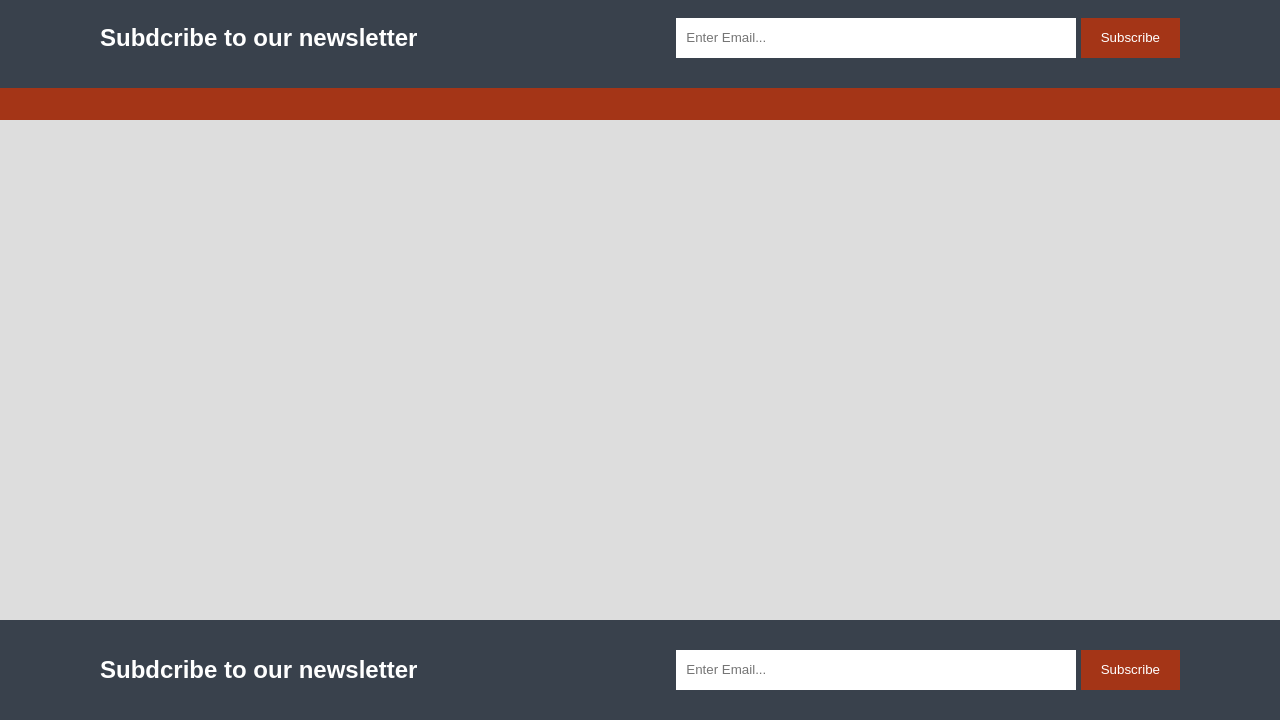
Repository: pawelczubak/Ideas
Page: service.html
These files come from the project's save history. The page is drawn as it stood at one moment and after the next save; the edit follows.
The browser window is 1280 px wide. The pictures show the whole page.
Some web libraries are served in a nearby version.

Above is the page before, as saved 2020-04-26 17:15:06.

### service.html
<!DOCTYPE html>
<html lang="en">

<head>
    <meta charset="UTF-8">
    <meta name="viewport" content="width=device-width, initial-scale=1.0">
    <link href="https://fonts.googleapis.com/css2?family=Josefin+Sans&display=swap" rel="stylesheet">
    <script src="https://kit.fontawesome.com/f64caa1a2c.js" crossorigin="anonymous"></script>
    <link rel="stylesheet" href="main.css">
    <title>Service</title>
</head>

<body>
    <nav class="nav">
        <div class="nav__container">
            <h1 class="nav__logo">
                <spam class="nav__logo-color">Acme</spam> Web Deisgn
            </h1>
            <ul class="nav__list">
                <li class="nav__item"><a href="index.html" class="nav__link nav__link--active">Home</a></li>
                <li class="nav__item"><a href="#" class="nav__link">About</a></li>
                <li class="nav__item"><a href="#" class="nav__link">Services</a></li>
            </ul>
        </div>
        <section class="subscribe-bar">
            <div class="subscribe-bar__container">
                <h2 class="subscribe-bar__description">Subdcribe to our newsletter</h2>
                <form action="GET" class="subscribe-bar__form">
                    <input placeholder="Enter Email..." type="email" name="email" required class="subscribe-bar__input"
                        autocomplete="off" />
                    <button class="subscribe-bar__button" formenctype="multipart/form-data"
                        type="submit">Subscribe</button>
                </form>
            </div>

        </section>
    </nav>
    <header class="subscribe-bar__service-container">
        <section class="subscribe-bar">
            <div class="subscribe-bar__container">
                <h2 class="subscribe-bar__description">Subdcribe to our newsletter</h2>
                <form action="GET" class="subscribe-bar__form">
                    <input placeholder="Enter Email..." type="email" name="email" required class="subscribe-bar__input"
                        autocomplete="off" />
                    <button class="subscribe-bar__button" formenctype="multipart/form-data"
                        type="submit">Subscribe</button>
                </form>
            </div>

        </section>
    </header>

    <footer class="footer">
        <p class="footer__description">Acme Web Design, Copyright copy 2017</p>
    </footer>
</body>

</html>

### main.css
*,
*::before,
*::after {
    margin: 0;
    padding: 0;
    box-sizing: border-box;
    list-style: none;
    text-decoration: none;

}

/*Gobal*/
body {
    background: #dddddd;
    font-family: sans-serif;
    color: #ffffff;
    width: 100vw;
    overflow-x: hidden;
}

/*--------   nav  --------*/
.nav {
    position: fixed;
    width: 100%;
    top: 0;
    left: 0;
    background: #39414c;
    border-bottom: 4px solid #a43517;
    z-index: 4;
}

.nav__container {
    display: flex;
    justify-content: space-between;
    align-items: center;
    max-width: 1600px;
    padding: 30px 100px;
    margin: auto;
}



.nav__logo-color {
    color: #a43517;
}

.nav__list {
    display: flex;
}

.nav__item {
    padding: 0 20px;
}

.nav__link {
    text-transform: uppercase;
    color: #ffffff;
}

.nav__link--active {
    color: #a43517;
}

.nav__link:hover {
    color: #a43517;
}

/*---------   header   ----------*/

.header {
    margin-top: 90px;
    position: relative;
    background: center / cover url(img/header-bg.jpg);
    height: 550px;

}

.header::before {
    position: absolute;
    content: "";
    top: 0;
    left: 0;
    height: 100%;
    width: 100%;
    background-color: rgba(50, 95, 156, .5);
    z-index: 1;
}


.header__container {
    position: absolute;
    max-width: 1600px;
    top: 0;
    left: 50%;
    margin-right: -50%;
    transform: translateX(-50%);
    z-index: 2;


}

.header__motto {
    max-width: 1600px;
    display: block;
    font-size: 50px;
    text-align: center;
    padding: 130px 0 50px;

}

.header__description {
    padding-bottom: 200px;
    line-height: 30px;
    text-align: center;
    margin: 0 100px;
}

.subscribe-bar {
    position: absolute;
    bottom: 0;
    left: 0;
    z-index: 2;
    background: #39414c;
    width: 100%;

}

.subscribe-bar__container {
    display: flex;
    max-width: 1600px;
    margin: auto;
    padding: 30px 100px;
    justify-content: space-between;
    align-items: center;
}






.subscribe-bar__input {
    height: 40px;
    width: 400px;
    border: none;
    padding-left: 10px;
}

.subscribe-bar__button {
    background-color: #a43517;
    border: none;
    color: #ffffff;
    padding: 0 20px;
    line-height: 40px;
}

.subscribe-bar__button:hover {
    background: #b94929;
}

/*---------   main   ----------*/

.main__container {
    display: flex;
    max-width: 1600px;
    padding: 0 100px;
    margin: auto;
    justify-content: space-around;
}

.article {
    display: flex;
    flex-direction: column;
    align-items: center;
    color: #000000;
}

.article__img {
    height: 200px;
    padding: 40px 0;
}



.article__description {
    padding: 40px 10px;
    line-height: 25px;
    width: 400px;
    text-align: center;
}

/*---------   footer   ----------*/

.footer {
    width: 100%;
    margin-top: 20px;
    background: #a43517;
}

.footer__description {
    text-align: center;
    line-height: 100px;
}





/*---------   madia query   ----------*/

@media only screen and (max-width: 1200px) {

    /*---------   header   ----------*/
    .header {
        height: 570px;
    }

    /*---------   header   ----------*/
    .subscribe-bar__container {
        flex-direction: column;
        padding: 20px 20px 30px 20px;
    }

    .subscribe-bar__description {
        padding-bottom: 20px;
    }

    .subscribe-bar__input {
        width: 250px;
    }

    /*---------   main   ----------*/
    .main__container {
        flex-flow: wrap;
    }
}

@media only screen and (max-width: 800px) {

    /*----------   nav  ------*/
    .nav__container {
        flex-direction: column;
        padding: 20px 0;
    }

    .nav__logo {
        padding-bottom: 20px;
    }

    /*---------   header   ----------*/
    .header {
        height: 600px;
        margin-top: 110px;
    }

    .header__motto {
        font-size: 30px;

        padding: 90px 10px 40px 10px;

    }

    .header__description {
        margin: 0 10px;
    }
}

@media only screen and (max-width: 400px) {
    /*---------   header   ----------*/

    .subscribe-bar__input {

        width: 90vw;

    }

    .subscribe-bar__button {
        width: 90vw;
    }

    /*---------   main   ----------*/
    .article__description {
        padding: 40px 10px;

        width: 90vw;

    }
}

@media only screen and (max-width: 400px) {

    /*---------   header   ----------*/
    .header {
        height: 650px;
    }

    .subscribe-bar__description {
        font-size: 20px;
    }
}

After the next save:
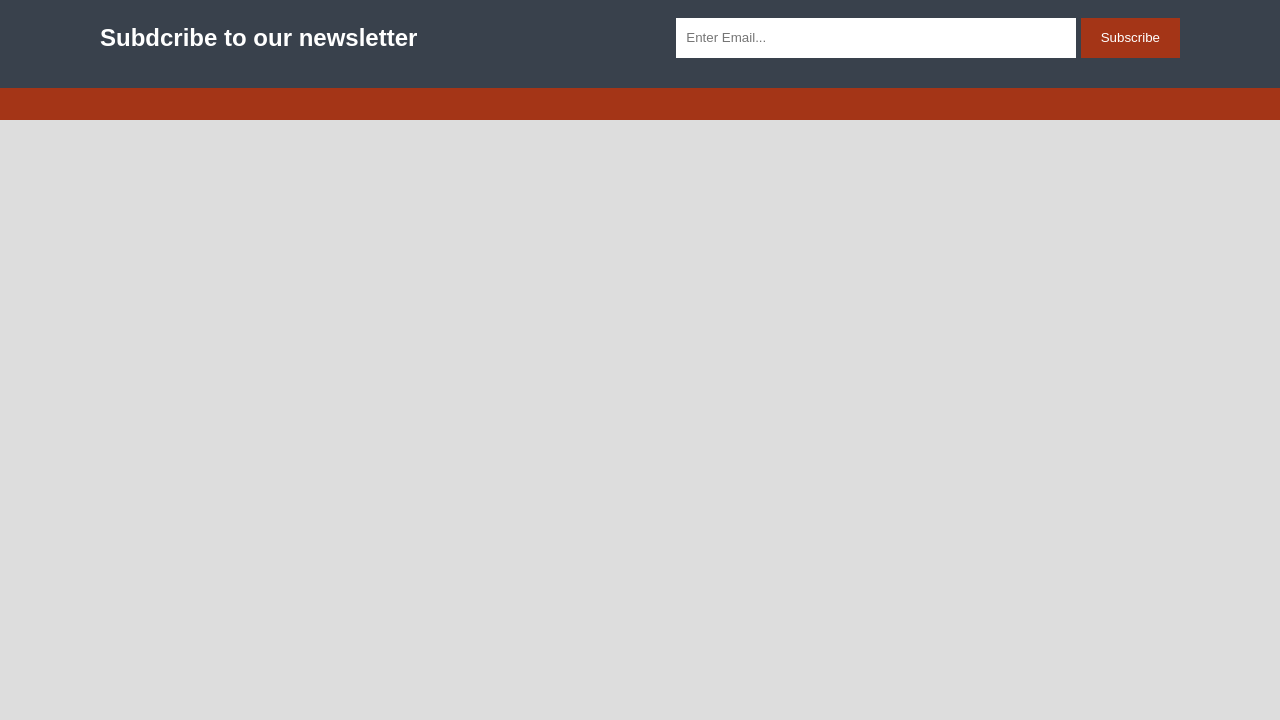
Saved 22 s later.
--- a/service.html
+++ b/service.html
@@ -36,18 +36,7 @@
         </section>
     </nav>
     <header class="subscribe-bar__service-container">
-        <section class="subscribe-bar">
-            <div class="subscribe-bar__container">
-                <h2 class="subscribe-bar__description">Subdcribe to our newsletter</h2>
-                <form action="GET" class="subscribe-bar__form">
-                    <input placeholder="Enter Email..." type="email" name="email" required class="subscribe-bar__input"
-                        autocomplete="off" />
-                    <button class="subscribe-bar__button" formenctype="multipart/form-data"
-                        type="submit">Subscribe</button>
-                </form>
-            </div>
 
-        </section>
     </header>
 
     <footer class="footer">
